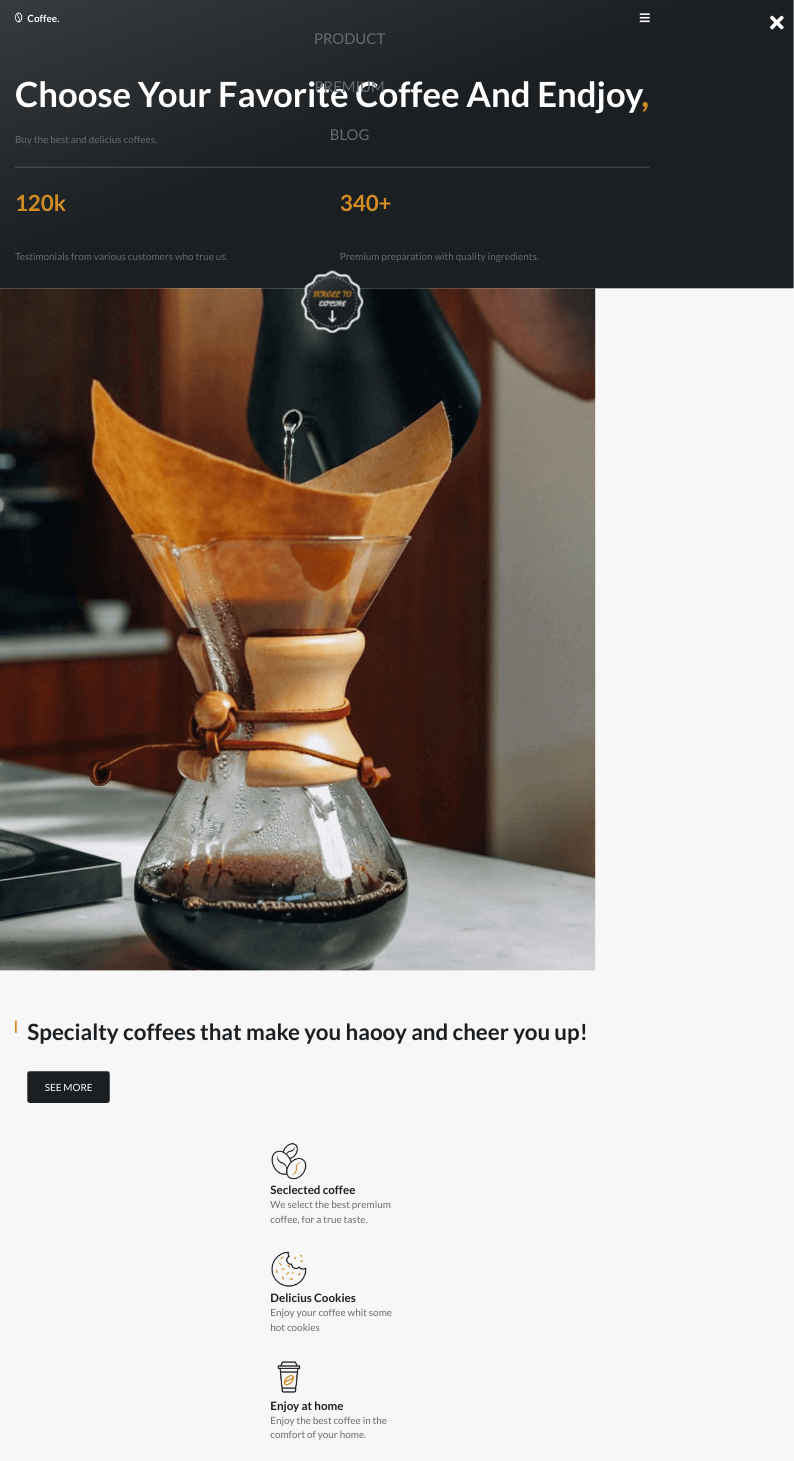
Repository: Nguyenductuan-dev/Website-coffee
Page: index.html
The author's editor kept a copy of each file at every save. The page is drawn from the files as they stood at one save, then again after the next save.
The browser window is 1280 px wide. The pictures show the whole page, at 62% of full size.

Above is the page before, as saved 2022-04-06 14:47:43.

After the next save:
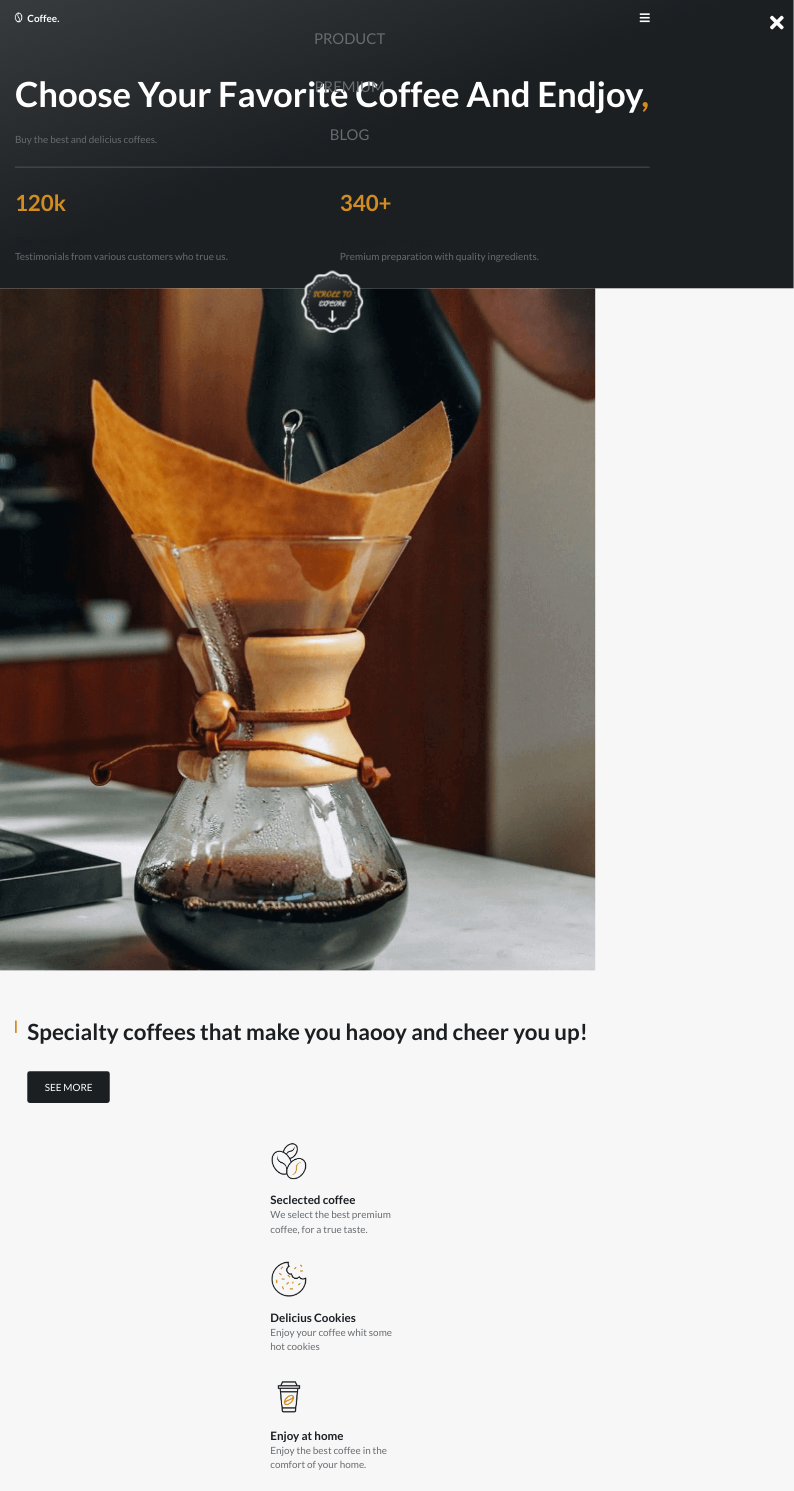
Saved 47 s later.
--- a/assets/css/style.css
+++ b/assets/css/style.css
@@ -288,4 +288,6 @@ button {
 }
 .specialty__img {
     width: 60px;
-}
+    margin-bottom: 1rem;
+    transition: .4s;
+}
